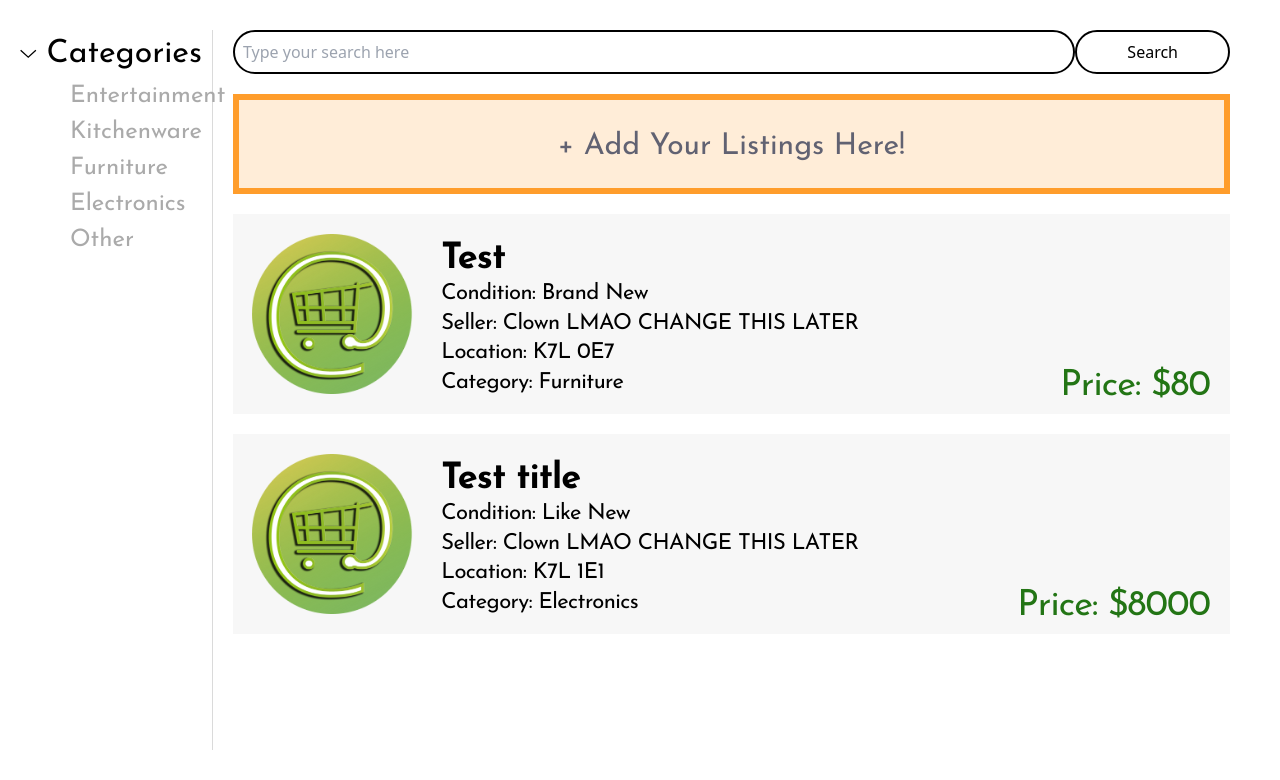
Repository: AdwaitSri/Kingston-Marketplace
Page: /listings (app in qhacks-24/)
These files come from the project's save history. The page is drawn as it stood at one moment and after the next save; the edit follows.
The browser window is 1280 px wide. The pictures show the whole page.
The project was rebuilt for these pictures with package versions that can differ from the ones it lists, and the page was loaded fresh each time. Also part of the build but not shown: qhacks-24/src/components/HomeNavbar.js, qhacks-24/src/pages/Home.js, qhacks-24/src/pages/Signup.js, qhacks-24/src/components/CreationNavbar.js, qhacks-24/src/pages/Creation.js, qhacks-24/src/pages/Item.js.

Above is the page before, as saved 2024-02-03 19:29:39.

After the next save:
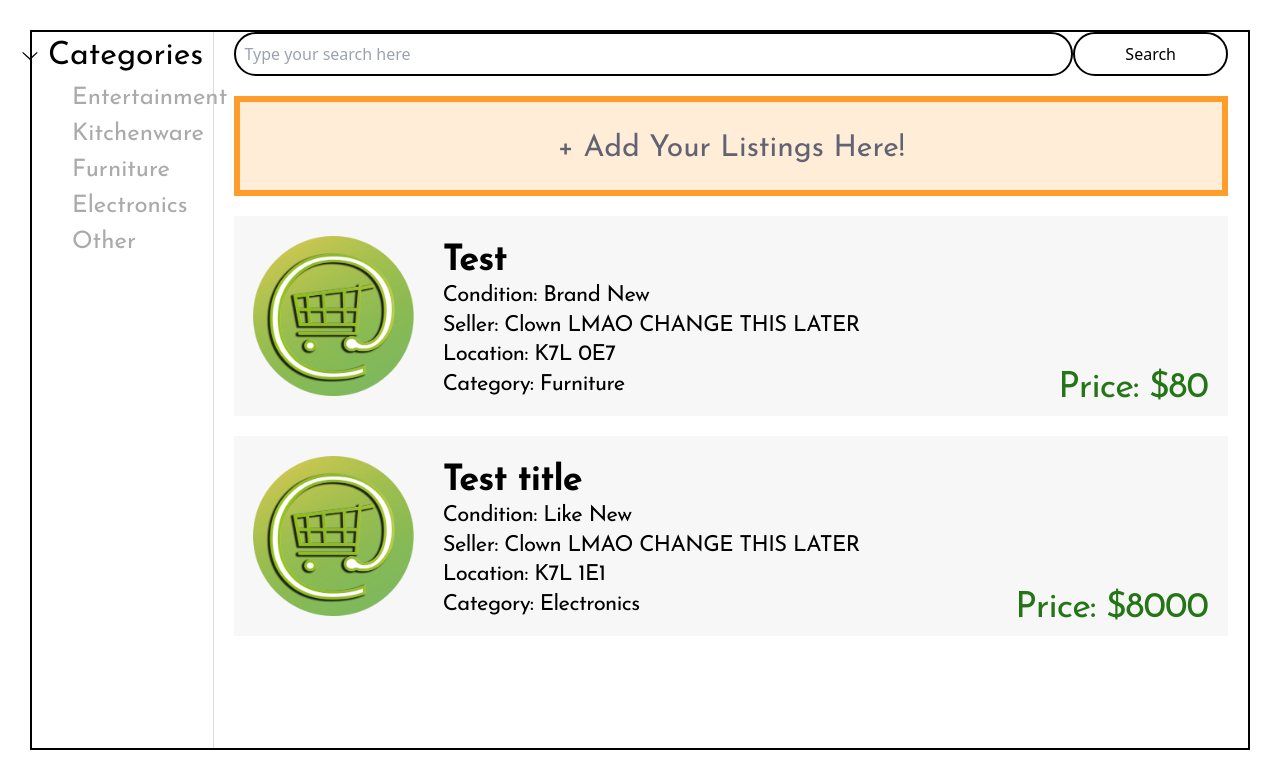
Saved 37 min 31 s later.
--- a/qhacks-24/src/pages/Listings.js
+++ b/qhacks-24/src/pages/Listings.js
@@ -165,7 +165,7 @@ export default function Listings() {
 
     return (
         <div
-            className="flex h-[100dvh] m-[30px]"
+            className="flex h-[100dvh] m-[30px] border-2 border-solid border-black"
         >
             <div
                 className="w-[15%] border-r-[1px] border-[#aaaaaa70]"
